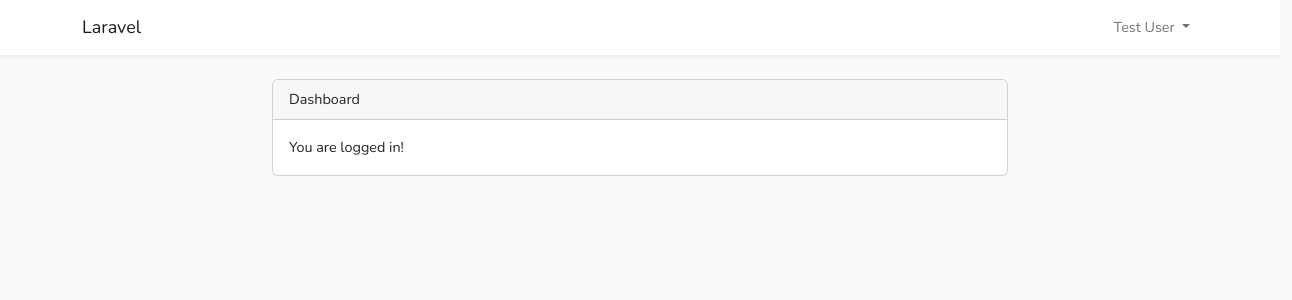
Repository: OkunoTaichi/laravel-simple-memo
Page: http://localhost/home
These files come from the project's save history. The page is drawn as it stood at one moment and after a run of saves; the edit follows.
The browser window is 1280 px wide. The page is 1280 px wide, then 1292 px, so the pictures cover 1292 px, including what lies to the right of the window. The pictures show the whole page.
The page is served by the project's Laravel application, run on PHP 8.4 with Laravel 8. A made-up administrator, Test User (test@example.com), is signed in. Queries for data that is not in the repository find no rows.

Above is the page before, as saved 2022-11-09 18:17:18.

After the next 3 saves:
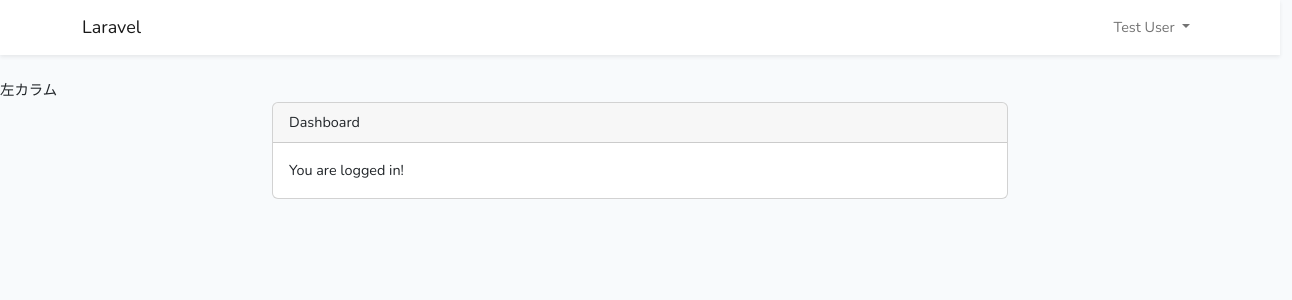
The 3 saves are shown as one change because they came seconds apart.
The last was saved 16 s later.
--- a/resources/views/layouts/app.blade.php
+++ b/resources/views/layouts/app.blade.php
@@ -78,7 +78,7 @@
         <!-- 3カラムに変更 -->
         <main class="py-4">
             <div class="row">
-                <div class="col-md-2"></div>
+                <div class="col-md-2">左カラム</div>
             </div>
             @yield('content')
         </main>
